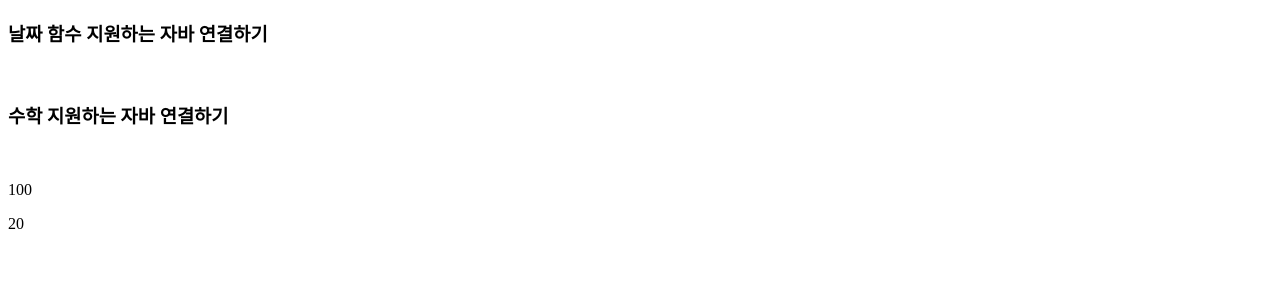
Repository: mi-ci/ai
Page: http://localhost/jsp01/ch004/useBean4.jsp
These files come from the project's save history. The page is drawn as it stood at one moment and after the next save; the edit follows.
The browser window is 1280 px wide. The pictures show the whole page.
The page is served by Tomcat 9. Other server files are loaded and not shown.

Above is the page before, as saved 2024-01-18 02:45:47.

### jsp01/src/main/webapp/ch004/useBean4.jsp
<%@ page language="java" contentType="text/html; charset=UTF-8"
    pageEncoding="UTF-8"%>
<!DOCTYPE html>
<html>
<head>
<meta charset="UTF-8">
<title>Insert title here</title>
</head>
<body>
	<h3>날짜 함수 지원하는 자바 연결하기</h3><br>
	<jsp:useBean id="d1" class="java.util.Date"></jsp:useBean>
	<%
		int date = d1.getDate();
		int hour = d1.getHours();
	%>



	<h3>수학 지원하는 자바 연결하기</h3><br>
	<%
		int a1 = java.lang.Math.abs(-100);
		int max1 = java.lang.Math.max(10, 20);
	%>

	<p> <%= a1 %>
	<p> <%= max1 %>
</body>
</html>

After the next save:
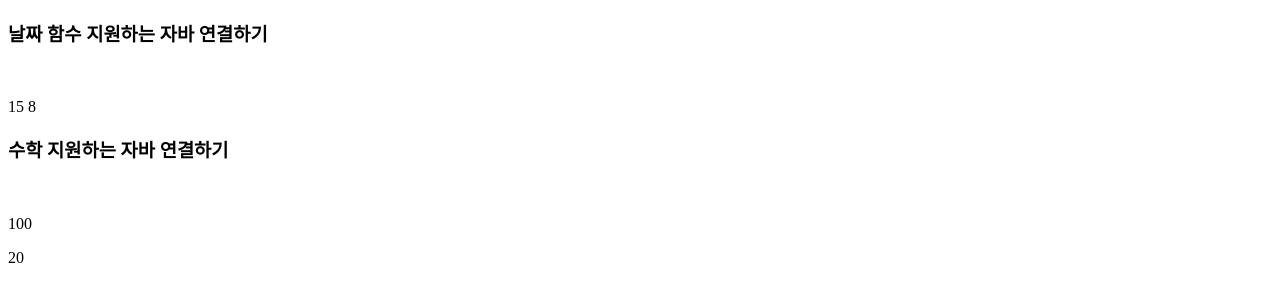
Saved 25 s later.
--- a/jsp01/src/main/webapp/ch004/useBean4.jsp
+++ b/jsp01/src/main/webapp/ch004/useBean4.jsp
@@ -13,6 +13,7 @@
 		int date = d1.getDate();
 		int hour = d1.getHours();
 	%>
+	<p> <%= date %> <%= hour %>
 
 
 
